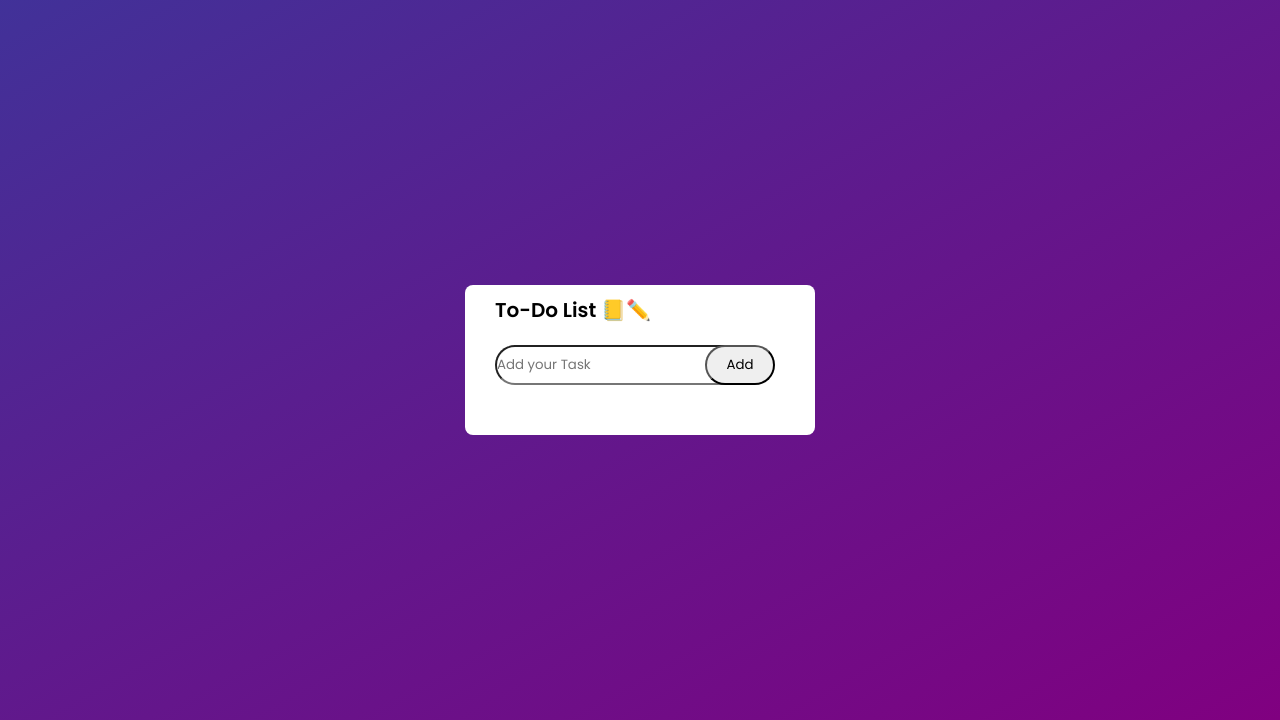
Repository: Ankitkr2021/To-Do-List
Page: index.html
An editor plug-in stored every save of this project. The page is shown before and after the next save, followed by the edit.
The browser window is 1280 px wide. The pictures show the whole page.

Above is the page before, as saved 2025-10-03 10:10:09.

After the next save:
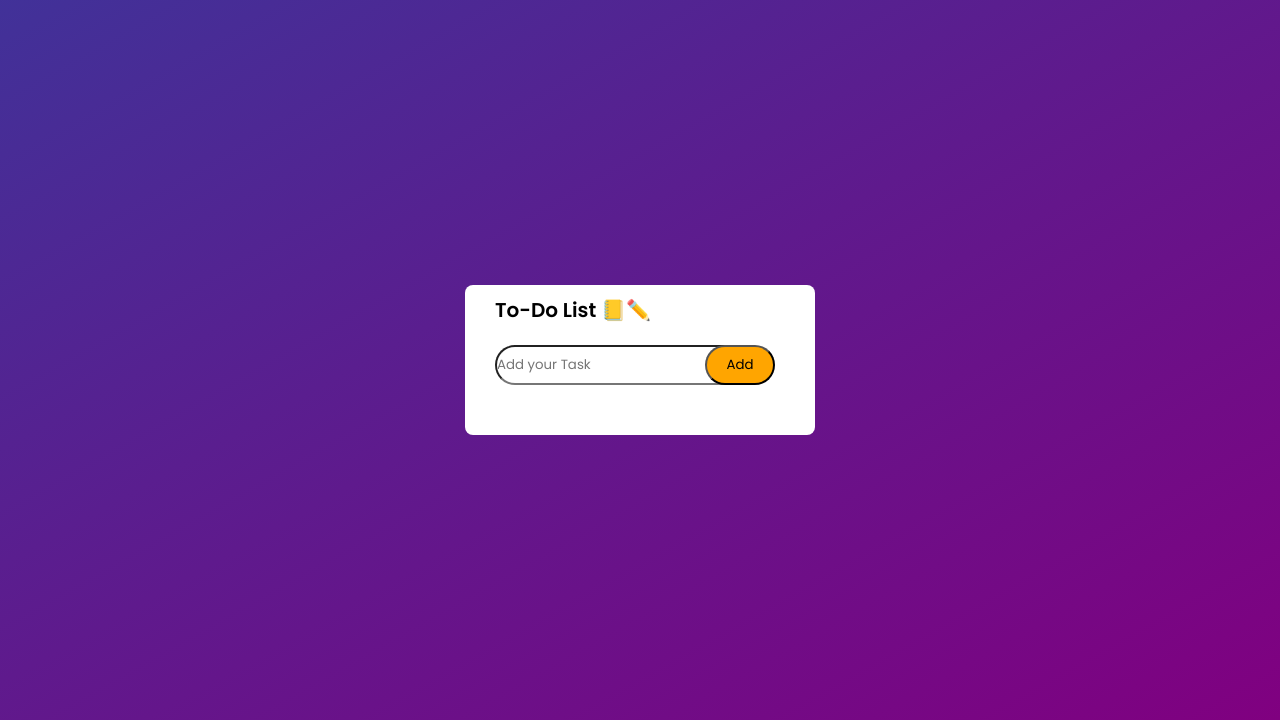
Saved 19 s later.
--- a/style.css
+++ b/style.css
@@ -48,4 +48,5 @@ body{
     height: 40px;
     width: 20%;
     border-radius: 20px;
+    background: orange;
 }
